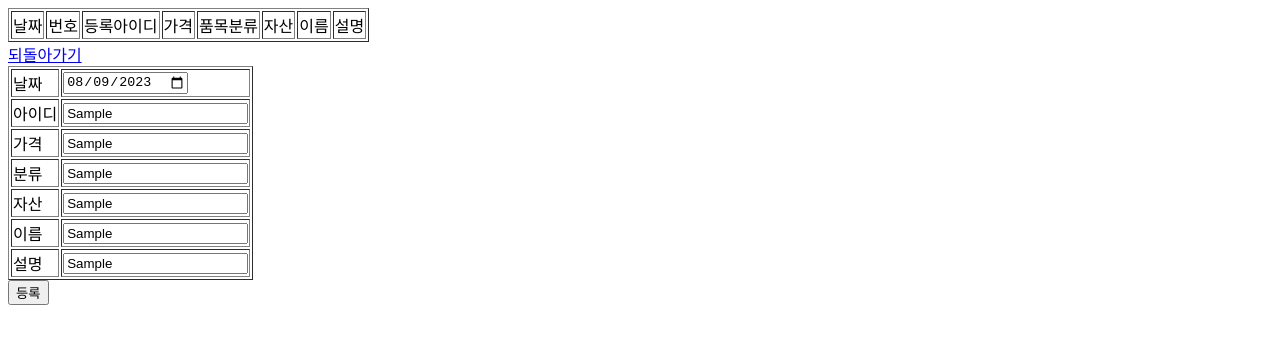
Repository: hdk8572/kh_MoneyManager
Page: http://localhost/Semi_backup/user/main
An editor plug-in stored every save of this project. The page is shown before and after a run of saves, followed by the edit.
The browser window is 1280 px wide. The pictures show the whole page.
Empty fields were first filled with sample values (such as "Sample", 5 or name@example.com).
After loading, the first visible `#btn_Insert` was clicked once.
The page is served by Tomcat 9. Queries for data that is not in the repository find no rows.

Above is the page before, as saved 2023-08-10 06:21:10.

After the next 2 saves:
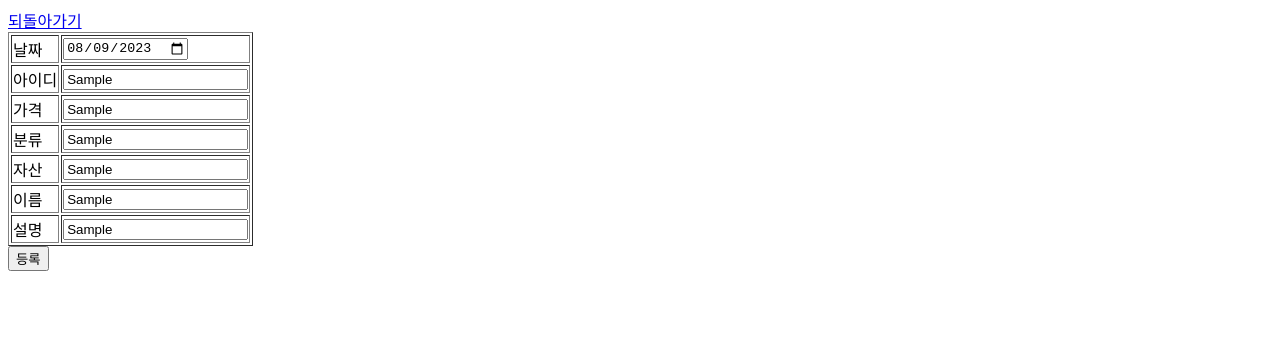
The 2 saves are shown as one change because they came seconds apart.
The last was saved 9 s later.
--- a/Semi_backup/src/main/webapp/WEB-INF/user/main.jsp
+++ b/Semi_backup/src/main/webapp/WEB-INF/user/main.jsp
@@ -104,9 +104,9 @@
 		var htmlVal="";
 
 		htmlVal+=`
+
 		`;
-
-		$("#wrap-list").html();
+		$("#wrap-list").html(htmlVal);
 	}
 </script>
 </html>

After the save that followed:
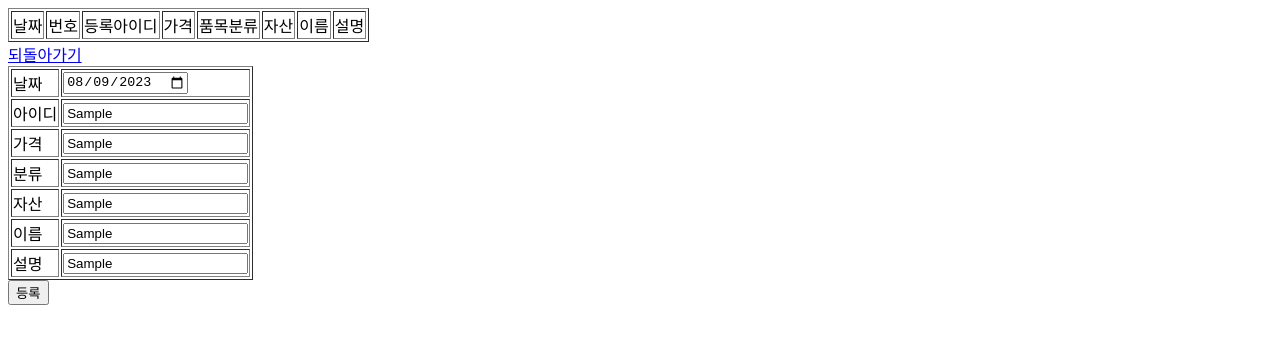
Saved 27 s later.
--- a/Semi_backup/src/main/webapp/WEB-INF/user/main.jsp
+++ b/Semi_backup/src/main/webapp/WEB-INF/user/main.jsp
@@ -104,7 +104,30 @@
 		var htmlVal="";
 
 		htmlVal+=`
-
+			<table border="1">
+			<tr>
+				<td>날짜</td>
+				<td>번호</td>
+				<td>등록아이디</td>
+				<td>가격</td>
+				<td>품목분류</td>
+				<td>자산</td>
+				<td>이름</td>
+				<td>설명</td>
+			</tr>
+			<c:forEach items="${ulist}" var="ul">
+			<tr>
+				<td>${ul.insertDate}</td>
+				<td>${ul.mno}</td>
+				<td>${ul.mid}</td>
+				<td>${ul.mprice}</td>
+				<td>${ul.category}</td>
+				<td>${ul.cashCard}</td>
+				<td>${ul.mname}</td>
+				<td>${ul.description}</td>
+			</tr>
+			</c:forEach>
+		</table>
 		`;
 		$("#wrap-list").html(htmlVal);
 	}
